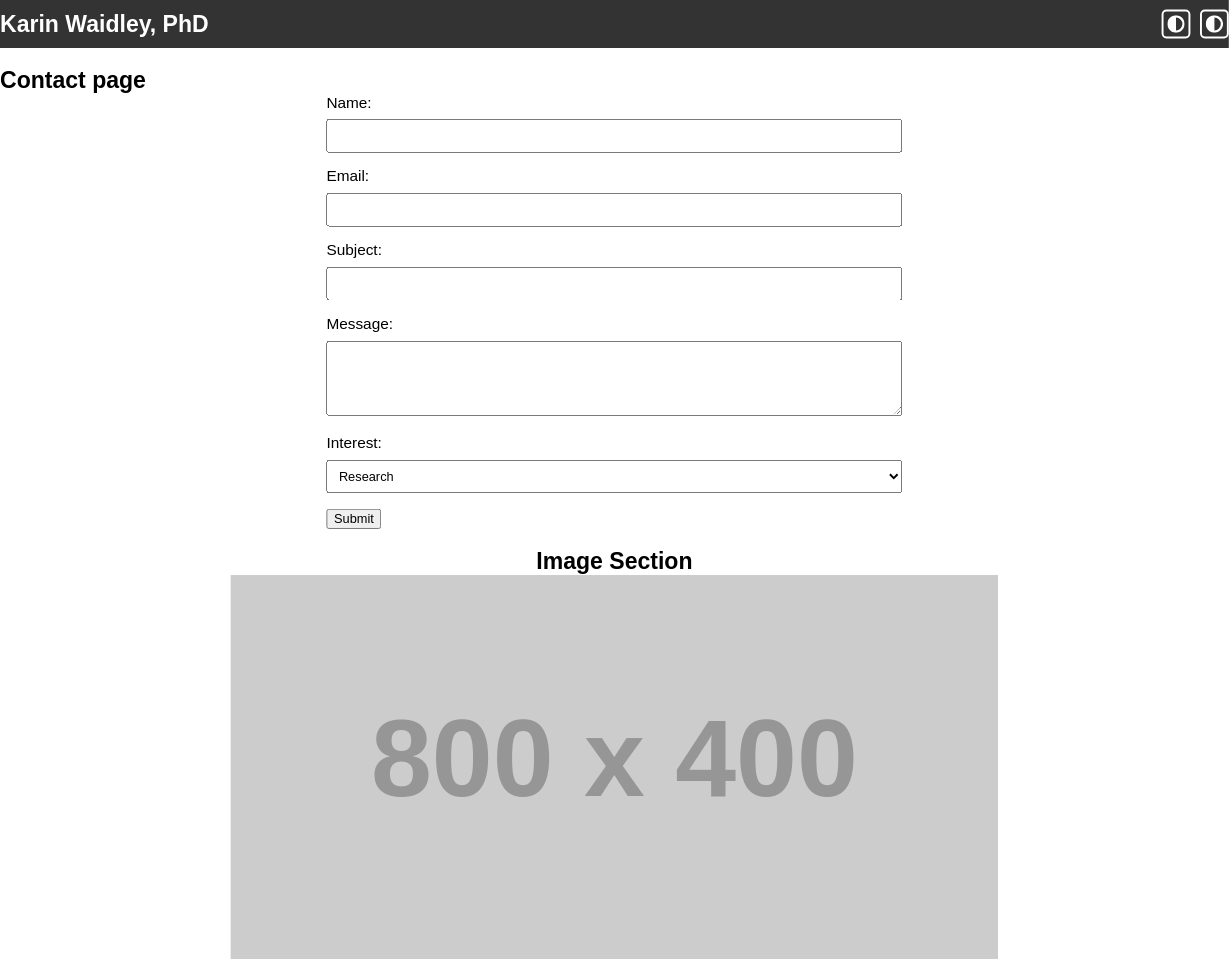
Repository: Ceasor7/Karin
Page: contact.html
The author's editor kept a copy of each file at every save. The page is drawn from the files as they stood at one save, then again after the next save.
The browser window is 1280 px wide. The pictures show the whole page, at 96% of full size.

Above is the page before, as saved 2023-12-14 12:36:51.

After the next save:
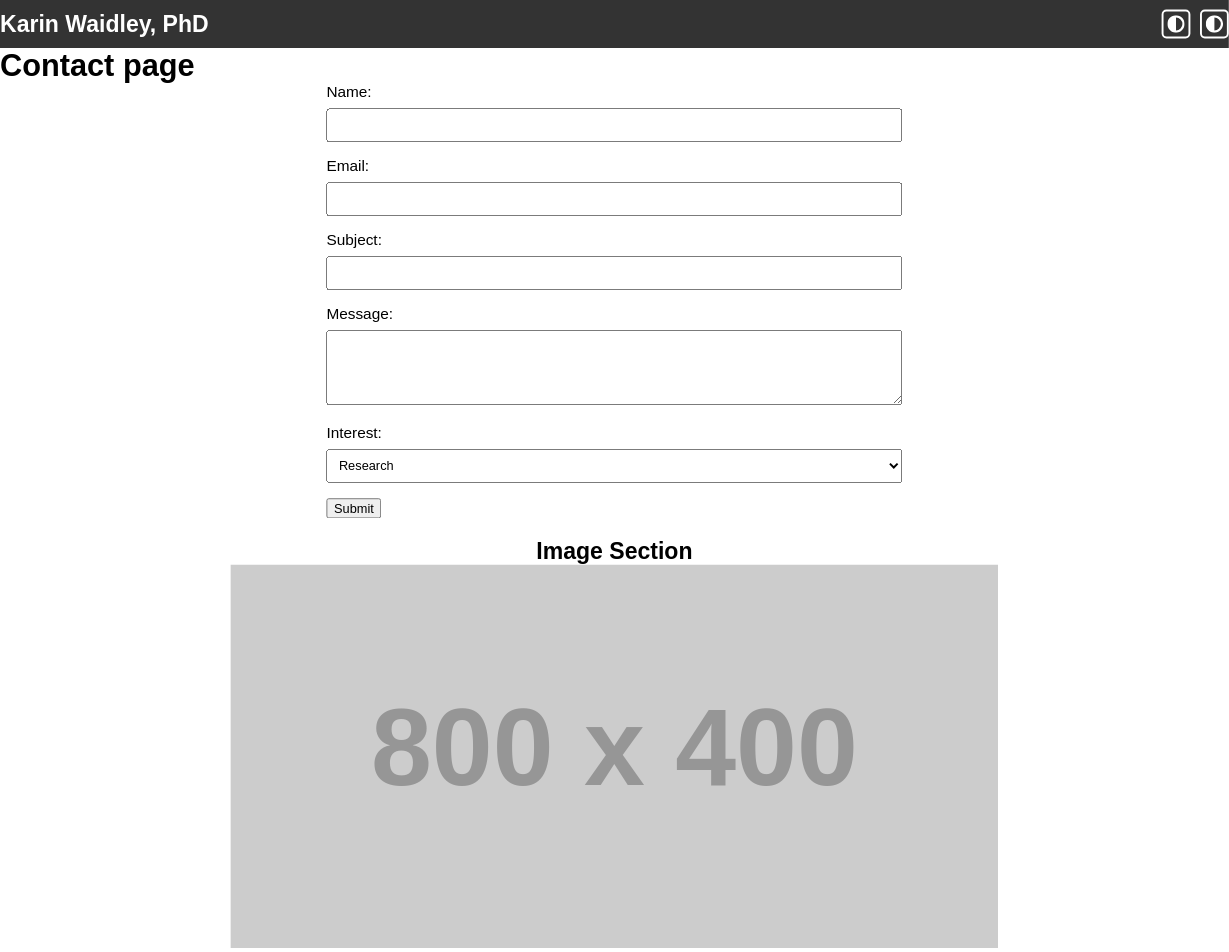
Saved 117 s later.
--- a/contact.html
+++ b/contact.html
@@ -118,7 +118,7 @@
             </div>
         </div>
     </header>
-    <section>
+    <div>
         <h1>Contact page</h1>
         <form>
             <label for="name">Name:</label>
@@ -143,12 +143,12 @@
 
             <button type="submit">Submit</button>
         </form>
-    </section>
+    </div>
     <!-- New section with image -->
-    <section class="image-section">
+    <div class="image-section">
         <h2>Image Section</h2>
         <img src="https://via.placeholder.com/800x400" alt="Sample Image">
-    </section>
+    </div>
 </body>
 
 </html>
